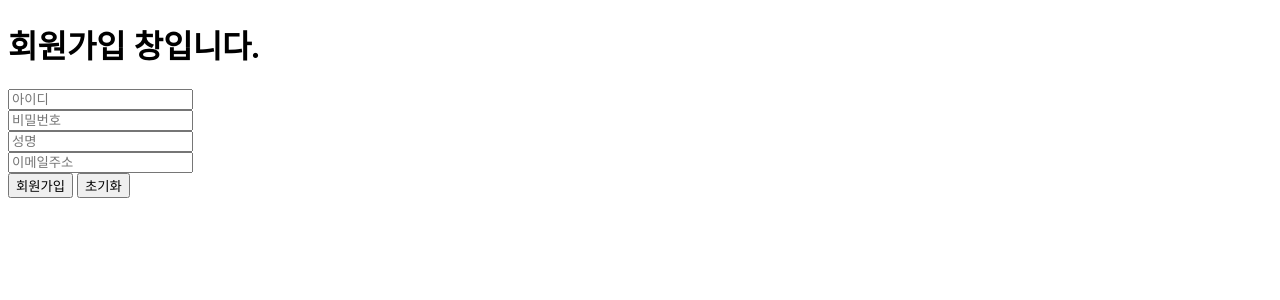
Repository: hanbeen03/javabasic
Page: http://localhost/JDBCBasic/users/users_join_form.jsp
These files come from the project's save history. The page is drawn as it stood at one moment and after the next save; the edit follows.
The browser window is 1280 px wide. The pictures show the whole page.
The page is served by Tomcat 9. Other server files are loaded and not shown.

Above is the page before, as saved 2021-08-03 08:32:56.

### JDBCBasic/WebContent/users/users_join_form.jsp
<%@ page language="java" contentType="text/html; charset=UTF-8"
    pageEncoding="UTF-8"%>
<!DOCTYPE html>
<html>
<head>
<meta charset="UTF-8">
<title>Insert title here</title>
</head>
<body>
	<!-- 아이디, 비밀번호, 이름, 이메일 4개 요소를 users.join.jsp
	로 보내주는 form을 작성해주세요.
	보내는 input 태그의 name 속성은 컬럼명과 일치시켜주세요.-->
	<h1>회원가입 창입니다.</h1>
	<form action="users_join.jsp" method="post">
		<input type="text" name="id" placeholder="아이디"/><br/>
		<input type="password" name="pw" placeholder="비밀번호"/><br/>
		<input type="text" name="uname" placeholder="성명"/><br/>
		<input type="text" name="email" placeholder="이메일주소"/><br/>
		<input type="submit" value="회원가입"/>
		<input type="reset" value="초기화"/>
	</form>
</body>
</html>

After the next save:
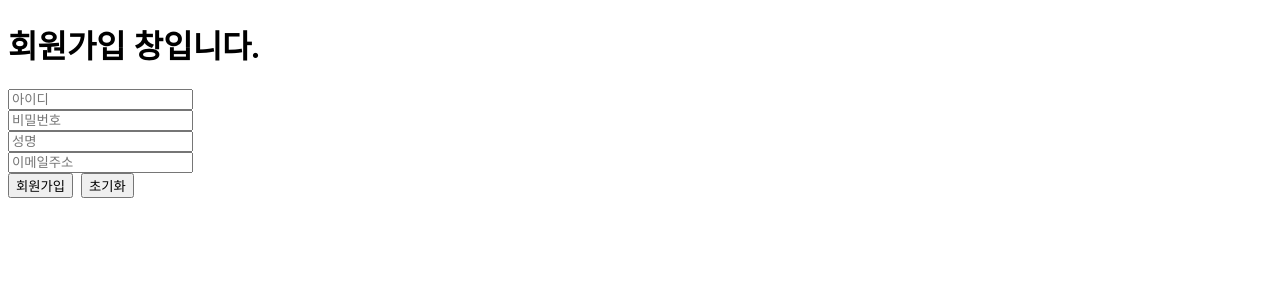
Saved 57 s later.
--- a/JDBCBasic/WebContent/users/users_join_form.jsp
+++ b/JDBCBasic/WebContent/users/users_join_form.jsp
@@ -15,8 +15,8 @@
 		<input type="text" name="id" placeholder="아이디"/><br/>
 		<input type="password" name="pw" placeholder="비밀번호"/><br/>
 		<input type="text" name="uname" placeholder="성명"/><br/>
-		<input type="text" name="email" placeholder="이메일주소"/><br/>
-		<input type="submit" value="회원가입"/>
+		<input type="email" name="email" placeholder="이메일주소"/><br/>
+		<input type="submit" value="회원가입"/>&nbsp;
 		<input type="reset" value="초기화"/>
 	</form>
 </body>

After the save that followed:
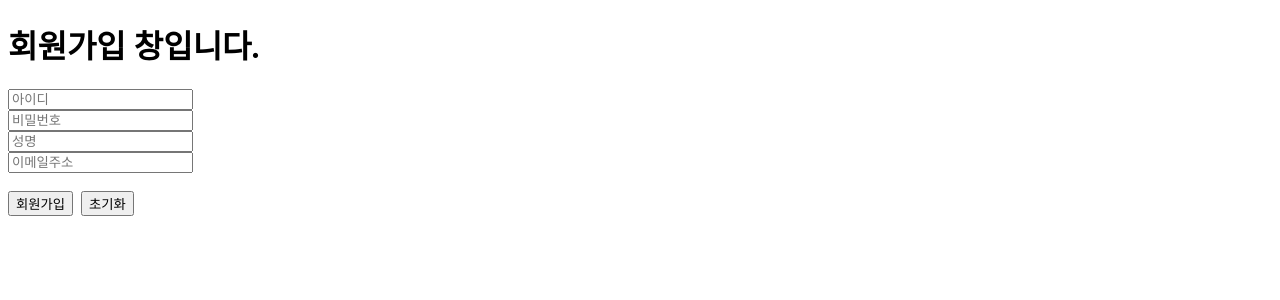
Saved 37 s later.
--- a/JDBCBasic/WebContent/users/users_join_form.jsp
+++ b/JDBCBasic/WebContent/users/users_join_form.jsp
@@ -15,7 +15,7 @@
 		<input type="text" name="id" placeholder="아이디"/><br/>
 		<input type="password" name="pw" placeholder="비밀번호"/><br/>
 		<input type="text" name="uname" placeholder="성명"/><br/>
-		<input type="email" name="email" placeholder="이메일주소"/><br/>
+		<input type="email" name="email" placeholder="이메일주소"/><br/><br/>
 		<input type="submit" value="회원가입"/>&nbsp;
 		<input type="reset" value="초기화"/>
 	</form>
